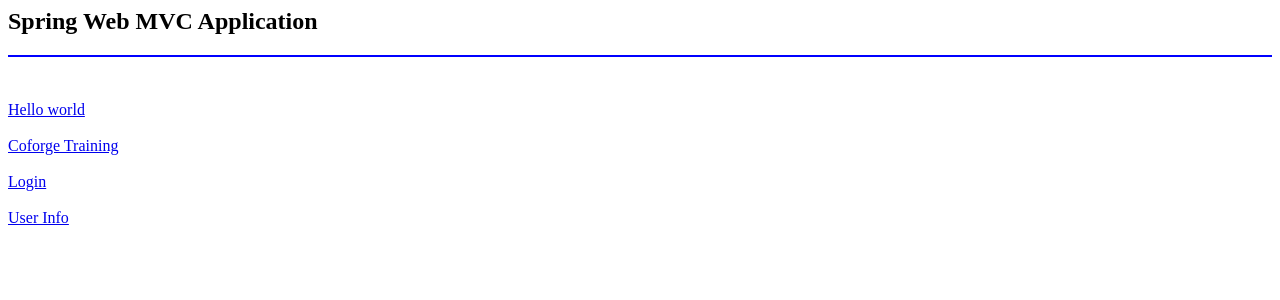
Repository: iKAIZER7/spring-workspace
Page: http://localhost/spring-web/
An editor plug-in stored every save of this project. The page is shown before and after the next save, followed by the edit.
The browser window is 1280 px wide. The pictures show the whole page.
The page is served by Tomcat 10. Other server files are loaded and not shown.

Above is the page before, as saved 2025-07-31 06:23:01.

### spring-web/src/main/webapp/index.jsp
<html>
<body>
<h2>Spring Web MVC Application</h2>
<hr color="blue">
<br><br>

<a href="shreya">Hello world</a>
<br><br>
<a href="noida">Coforge Training</a>
<br><br>
<a href="login">Login</a>
<br><br>
<a href="user">User Info</a>


</body>
</html>

After the next save:
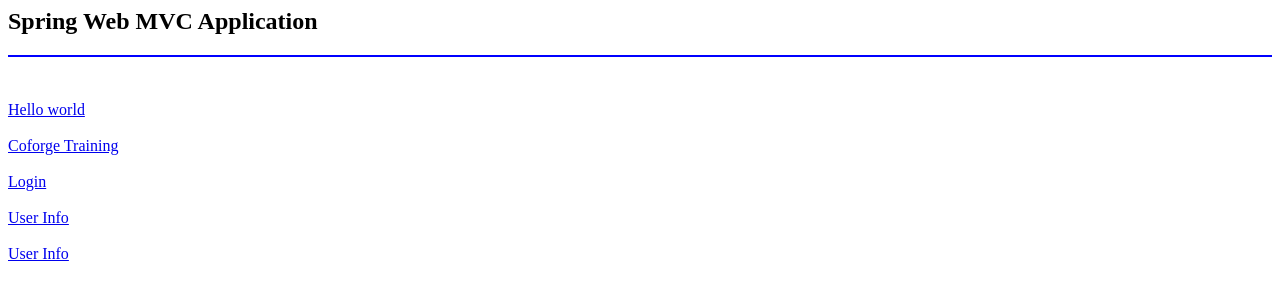
Saved 24 s later.
--- a/spring-web/src/main/webapp/index.jsp
+++ b/spring-web/src/main/webapp/index.jsp
@@ -11,6 +11,8 @@
 <a href="login">Login</a>
 <br><br>
 <a href="user">User Info</a>
+<br><br>
+<a href="register">User Info</a>
 
 
 </body>
